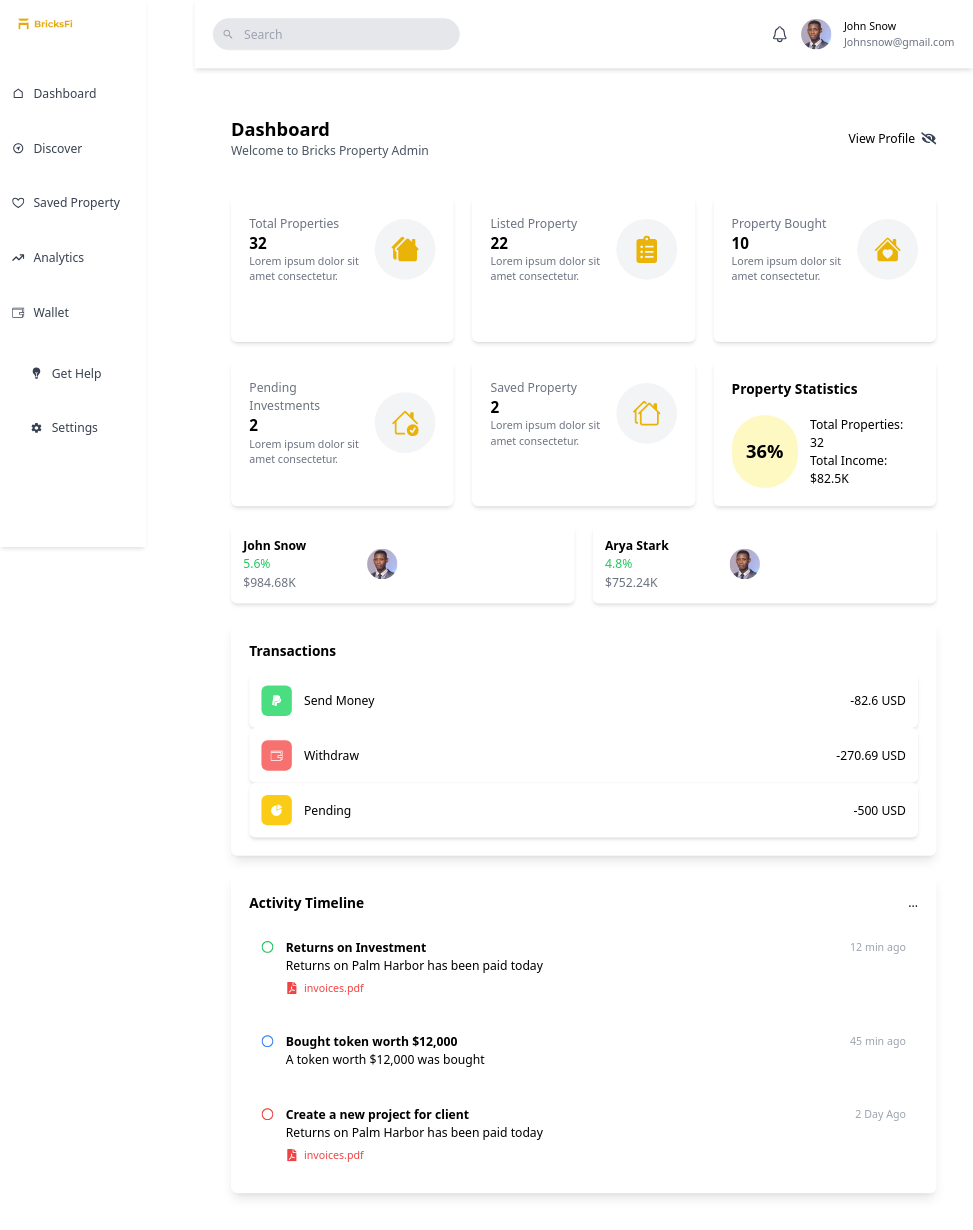
Repository: AyomideAkintade/BricksFi-Frontend
Page: /dashboard (app in client/)
These files come from the project's save history. The page is drawn as it stood at one moment and after the next save; the edit follows.
The browser window is 1280 px wide. The pictures show the whole page, at 76% of full size.
The page's requests for data from a server got no answer. The project was rebuilt for these pictures with package versions that can differ from the ones it lists, and the page was loaded fresh each time. No one was signed in, and anything a server would have sent is missing. Also part of the build but not shown: client/src/components/navbar.jsx, client/src/components/home.jsx, client/src/components/homeSecond.jsx, client/src/components/homeThird.jsx, client/src/components/homeFifth.jsx, client/src/components/homeSixth.jsx, client/src/components/homeSeventh.jsx, client/src/api/base.js and 11 more.

Above is the page before, as saved 2024-10-04 23:06:08.

### client/src/index.css
@import "tailwindcss/base";
@import "tailwindcss/components";
@import "tailwindcss/utilities";


@font-face {
  font-family: Poppins;
  src: url(/src/assets/fonts/Poppins-Regular.ttf) format("truetype"), url(/src/assets/fonts/Poppins-Bold.ttf) format("truetype"), url(/src/assets/fonts/Poppins-Medium.ttf) format("truetype");

}

### client/src/App.js
import { BrowserRouter as Router, Route, Routes } from "react-router-dom";
import Home from "./pages/homePage";
import HomeFourth from "./components/login.jsx";
import HomeEight from "./components/signup.jsx";
import ForgotPasswordPage from "./components/forgotPassword.jsx";
import DashboardLayout from "./pages/dashboardLayout";
import DashboardPage from "./pages/dashboard.jsx";
import PieAnalytics from "./components/analytics.jsx";
import Discover from "./components/discover.jsx";
import SavedPropertyPage from "./components/savedProperties.jsx";
import { ToastContainer } from "react-toastify";
import 'react-toastify/dist/ReactToastify.css';
import { useEffect, useState } from "react";
import { BrCookies } from "./utils/storage/cookies.js";
// import DiscoverPage from "./pages/discover.jsx";
// import SavedPropertyPage from "./pages/savedProperty.jsx";

function App() {

  const [ loggedIn, setLoggedIn ] = useState(false);
  const [ isLoading, setLoading ] = useState(true);

  useEffect(()=>{
    const ck = new BrCookies(document);
    ck.getCookie('authToken')
      .then((value) => {
        setLoggedIn(true);
        setLoading(false);
      })
      .catch((e) => {
        setLoading(false);
        // this.setState({ isLoading: false }); // Set loading to false even if there is an error
      });
  }, [])
  if (isLoading) {
    return <div></div>;
  }

  return (
    <div>
      <ToastContainer limit={5} />
      {loggedIn ?
      <Router>
        <Routes>
          <Route path="*" element={<DashboardLayout />}>
            <Route index element={<DashboardPage />} />
          </Route>
          <Route path="/dashboard" element={<DashboardLayout />}>
            <Route index element={<DashboardPage />} />
            <Route path="discover" element={<Discover/>} />
            <Route path="saved-property" element={<SavedPropertyPage/>} />
            <Route path="analytics" element={<PieAnalytics />} />
          </Route>
        </Routes>
      </Router>
      :
      <Router>
        <Routes>
          {/* Public Routes */}
          <Route path="/" element={<Home />} />
          <Route path="/login" element={<HomeFourth />} />
          <Route path="/signup" element={<HomeEight />} />
          <Route path="/forgot-password" element={<ForgotPasswordPage />} />

          {/* Dashboard Routes with Sidebar and Header */}
          <Route path="/dashboard" element={<DashboardLayout />}>
            <Route index element={<DashboardPage />} />
            <Route path="discover" element={<Discover/>} />
            <Route path="saved-property" element={<SavedPropertyPage/>} />
            <Route path="analytics" element={<PieAnalytics />} />
          </Route>
        </Routes>
      </Router>
      }
    </div>
  );
}

export default App;

### client/src/pages/dashboardLayout.jsx
import React from 'react';
import Sidebar from '../components/sidebar';
import Header from '../components/header';
import { Outlet } from 'react-router-dom';

const DashboardLayout = () => {
  return (
    <div className="flex">
      {/* Sidebar */}
      <Sidebar />

      <div className="flex-1 ml-64">
        {/* Header */}
        <Header />

        <div className="p-6 pt-10">
          {/* Outlet will render the child routes here */}
          <Outlet />
        </div>
      </div>
    </div>
  );
};

export default DashboardLayout;

### client/src/pages/dashboard.jsx
import React from 'react';
import DashboardStats from '../components/statCard';
import TopInvestors from '../components/investorCard';
import Transactions from '../components/transaction';
import ActivityTimeline from '../components/activity';
import { FaEyeSlash } from 'react-icons/fa'; // Make sure to import the icon

const Dashboard = () => {
  return (
    <div className="flex flex-col">
      <div className="flex justify-between p-6">
        <div>
          <h2 className="text-2xl font-semibold">Dashboard</h2>
          <p className="text-gray-600">Welcome to Bricks Property Admin</p>
        </div>
        <div className="flex items-center space-x-2">
          <span>View Profile</span>
          <FaEyeSlash className="text-gray-700 text-xl" />
        </div>
      </div>
      <div className="p-6">
        {/* Dashboard Stats */}
        <DashboardStats />

        {/* Top Investors and Property Stats */}
        <div className=" mt-6">
          <TopInvestors />

        </div>

        {/* Transactions Section */}
        <div className="mt-6">
          <Transactions />
        </div>

        {/* Activity Timeline */}
        <div className="mt-6">
          <ActivityTimeline />
        </div>
      </div>
    </div>
  );
};

export default Dashboard;

### client/src/utils/storage/cookies.js

// eslint-disable-next-line no-unused-vars
class BrCookies {

    constructor(document) {
        this.document = document || (typeof document !== "undefined" ? document : null);
    }

    /**
     *
     * @param {Array<CookieData>} dataList
     */

    saveCookies(dataList){

        if (!Array.isArray(dataList)) {
            throw new Error("Data list must be an array.");
        }

        for (const data of dataList) {
            if (!(data instanceof CookieData)) {
                throw new Error("Invalid cookie data format.");
            }

            // save each cookie
            let cookieValue = `${data.name}=${data.value}; expires=${data.expiryDate.toUTCString()}; path=/`;

            // Set SameSite=None if running on localhost
            if (window.location.hostname !== 'localhost') {

                cookieValue += '; SameSite=Strict; Secure'
            }

            this.document.cookie = cookieValue;
        }
    }

    async getCookie(name) {
        return new Promise((resolve, reject) => {
          const cookies = this.document.cookie.split('; ');
          for (const cookie of cookies) {
            const [cookieName, cookieValue] = cookie.split('=');
            if (cookieName === name) {
              resolve(cookieValue);
              return;
            }
          }
          reject(new Error(`Cookie with name ${name} not found.`));
        });
    }

    removeCookie(name) {
        this.document.cookie = name + "=;Path=/;expires=Thu, 01 Jan 1970 00:00:00 GMT";
    }

    removeAllCookies() {
        const cookies = this.document.cookie.split(";");
        for (var i = 0; i < cookies.length; i++) {
            const cookie = cookies[i];
            const eqPos = cookie.indexOf("=");
            const name = eqPos > -1 ? cookie.substr(0, eqPos) : cookie;
            document.cookie = name + "=;Path=/;expires=Thu, 01 Jan 1970 00:00:00 GMT";
        }
    }
}


class CookieData {
    constructor(name, value, expiryDate) {

        if (typeof name !== "string" || typeof value !== "string" || !(expiryDate instanceof Date) || name.length === 0) {
            throw new Error("Invalid CookieData format.");
        }

        this.name = name;
        this.value = value;
        this.expiryDate = expiryDate;
    }
}

function createCookieDate(timeInSec) {

    const timeInDays = timeInSec / (3600 * 24);

    const currentDate = new Date();

    const futureDate = new Date();
    futureDate.setDate(currentDate.getDate() + timeInDays);


    return futureDate
}


export { BrCookies, CookieData, createCookieDate };

### client/src/components/sidebar.jsx
import React from 'react';
import { Link } from 'react-router-dom';
import { RiHomeLine } from "react-icons/ri";
import { RiCompassDiscoverLine } from "react-icons/ri";
import { GrFavorite } from "react-icons/gr";
import { FaArrowTrendUp } from "react-icons/fa6";
import { TfiWallet } from "react-icons/tfi";
import { IoBulbSharp } from "react-icons/io5";
import { IoMdSettings } from "react-icons/io";
import BricksFi from "../assets/bricksfi.svg"

const Sidebar = () => {
  return (
    <aside className="bg-white h-screen w-[15%] fixed left-0 top-0 shadow-md">
      <div className="p-6">
        <img
        src={BricksFi}
        alt='BricksFi'
        className='w-1/2'
        />
      </div>
      <nav className="mt-8">
        <ul className="space-y-4">
          <li className="p-4 hover:bg-yellow-100">
            <Link to="/dashboard" className="flex items-center text-gray-700">
              <RiHomeLine className="mr-3" /> Dashboard
            </Link>
          </li>
          <li className="p-4 hover:bg-yellow-100">
            <Link to="/dashboard/discover" className="flex items-center text-gray-700">
              <RiCompassDiscoverLine className="mr-3" /> Discover
            </Link>
          </li>
          <li className="p-4 hover:bg-yellow-100">
            <Link to="/dashboard/saved-property" className="flex items-center text-gray-700">
              <GrFavorite className="mr-3" /> Saved Property
            </Link>
          </li>
          <li className="p-4 hover:bg-yellow-100">
            <Link to="/dashboard/analytics" className="flex items-center text-gray-700">
              <FaArrowTrendUp className="mr-3" /> Analytics
            </Link>
          </li>
          <li className="p-4 hover:bg-yellow-100">
            <Link to="/dashboard/wallet" className="flex items-center text-gray-700">
              <TfiWallet className="mr-3" /> Wallet
            </Link>
          </li>
        </ul>
      </nav>
      <div className="mt-auto p-6">
        <ul className="space-y-4">
          <li className="p-4 hover:bg-yellow-100">
            <Link to="/" className="flex items-center text-gray-700">
              <IoBulbSharp className="mr-3" /> Get Help
            </Link>
          </li>
          <li className="p-4 hover:bg-yellow-100">
            <Link to="/" className="flex items-center text-gray-700">
              <IoMdSettings className="mr-3" /> Settings
            </Link>
          </li>
        </ul>
      </div>
    </aside>
  );
};

export default Sidebar;

### client/src/components/header.jsx
import React from 'react';
import COCO from "../assets/clem.jpeg"
import { IoMdSearch } from "react-icons/io";
import { IoNotificationsOutline } from "react-icons/io5";

const Header = () => {
  return (
    <div className="w-full flex justify-between items-center p-6 bg-white shadow-md sticky top-0 z-50">
      <div className="relative w-1/3">
        <input
          type="text"
          placeholder="Search"
          className="p-2 pl-10 w-full border rounded-full bg-gray-200 text-black focus:outline-none"
        />
        <IoMdSearch className="absolute left-3 top-1/2 transform -translate-y-1/2 text-gray-400" />
      </div>
      <div className="flex items-center space-x-4">
        <IoNotificationsOutline className="text-gray-700 text-2xl" />
        <img
          src={COCO}
          alt="profile"
          className="rounded-full h-10 w-10"
        />
        <div className="">
          <span className="block text-sm font-medium">John Snow</span>
          <span className="block text-sm text-gray-500">Johnsnow@gmail.com</span>
        </div>
      </div>
    </div>
  );
};

export default Header;

### client/src/components/statCard.jsx
import { BsFillHousesFill, BsHouseCheck, BsFillHouseHeartFill, BsHouses } from "react-icons/bs";
import { FaClipboardList } from "react-icons/fa";
import PropertyStatistics from '../components/propertyStatistic';


const StatCard = ({ title, value, icon, paragraph }) => {
    return (
        <div className="bg-white shadow-md rounded-lg p-6 h-48 flex flex-col justify-between">
            <div className="flex items-center space-x-4">
                <div className="flex-1">
                    <h3 className="text-gray-500">{title}</h3>
                    <h2 className="text-xl font-semibold">{value}</h2>
                    <p className="text-md text-gray-500 text-sm">{paragraph}</p>
                </div>
                <div className="flex items-center justify-center w-20 h-20 bg-gray-100 rounded-full text-yellow-500 text-4xl">
                    {icon}
                </div>
            </div>
        </div>
    );
};


const DashboardStats = () => {
    return (
        <div className="grid grid-cols-1 md:grid-cols-3 gap-6">
            <StatCard
                title="Total Properties"
                value="32"
                paragraph="Lorem ipsum dolor sit amet consectetur."
                icon={<BsFillHousesFill />}
            />
            <StatCard
                title="Listed Property"
                value="22"
                paragraph="Lorem ipsum dolor sit amet consectetur."
                icon={<FaClipboardList />}
            />
            <StatCard
                title="Property Bought"
                value="10"
                paragraph="Lorem ipsum dolor sit amet consectetur."
                icon={<BsFillHouseHeartFill />}
            />
            <StatCard
                title="Pending Investments"
                value="2"
                paragraph="Lorem ipsum dolor sit amet consectetur."
                icon={<BsHouseCheck />}
            />
             <StatCard
                title="Saved Property"
                value="2"
                paragraph="Lorem ipsum dolor sit amet consectetur."
                icon={<BsHouses />}
            />


                <PropertyStatistics />

        </div>
    );
};

export default DashboardStats;

### client/src/components/investorCard.jsx
import Clem from "../assets/clem.jpeg";


const InvestorCard = ({ name, investment, profit }) => {
    return (
      <div className="flex items-center p-4 bg-white shadow-md rounded-lg">

        <div>
          <h3 className="font-semibold">{name}</h3>
          <p className="text-green-500"> {profit}</p>
          <p className="text-gray-500"> {investment}</p>
        </div>

        <img
          src={Clem}
          alt={name}
          className="rounded-full h-10 w-10 ml-20"
        />
      </div>
    );
  };

  const TopInvestors = () => {
    return (
      <>
        {/* <h2 className="text-lg font-semibold mb-4">Top Investors</h2> */}
        <div className="grid grid-cols-1 md:grid-cols-2 gap-6">
          <InvestorCard name="John Snow" investment="$984.68K" profit="5.6%" />
          <InvestorCard name="Arya Stark" investment="$752.24K" profit="4.8%" />
        </div>
      </>
    );
  };

  export default TopInvestors;

### client/src/components/transaction.jsx
import { FaPaypal } from "react-icons/fa6";
import { TfiWallet } from "react-icons/tfi";
import { GiPieChart } from "react-icons/gi";

const TransactionItem = ({ icon, description, amount, bgColor }) => {
    return (
        <div className="flex justify-between items-center p-4 bg-white shadow-md rounded-lg">
            {/* Icon and Description in a row */}
            <div className="flex items-center space-x-4">
                {/* Icon with dynamic background and rounded shape */}
                <div className={`p-3 ${bgColor} rounded-lg text-white`}>
                    {icon}
                </div>
                <span>{description}</span>
            </div>

            {/* Amount */}
            <div>
                <span>{amount}</span>
            </div>
        </div>
    );
};

const Transactions = () => {
    return (
        <div className="bg-white p-6 shadow-lg rounded-lg">
            <h2 className="text-lg font-semibold mb-4">Transactions</h2>
            {/* Different background colors for each transaction */}
            <TransactionItem
                icon={<FaPaypal />}
                description="Send Money"
                amount="-82.6 USD"
                bgColor="bg-green-400"  // Green background
            />
            <TransactionItem
                icon={<TfiWallet />}
                description="Withdraw"
                amount="-270.69 USD"
                bgColor="bg-red-400"    // Red background
            />
            <TransactionItem
                icon={<GiPieChart />}
                description="Pending"
                amount="-500 USD"
                bgColor="bg-yellow-400" // Yellow background
            />
        </div>
    );
};

export default Transactions;

### client/src/components/activity.jsx
import React from 'react';
import { FaRegCircle, FaFilePdf } from 'react-icons/fa'; // Import necessary icons

const ActivityItem = ({ title, description, time, file, color }) => {
    return (
        <div className="flex items-start space-x-4 p-4">
            <div className="mt-1">
                {/* The color prop determines the icon color */}
                <FaRegCircle className={`${color}`} />
            </div>
            <div className="flex-1">
                <div className="flex justify-between items-center">
                    <h4 className="font-semibold">{title}</h4>
                    <span className="text-gray-400 text-sm">{time}</span>
                </div>
                <p>{description}</p>
                {file && (
                    <div className="flex items-center mt-2 text-red-500">
                        <FaFilePdf />
                        <span className="ml-2 text-sm">{file}</span>
                    </div>
                )}
            </div>
        </div>
    );
};

const ActivityTimeline = () => {
    return (
        <div className="bg-white p-6 shadow-lg rounded-lg">
            <div className="flex justify-between items-center mb-4">
                <h2 className="text-lg font-semibold">Activity Timeline</h2>
                <div>...</div>
            </div>
            <div className="space-y-4">
                <ActivityItem
                    title="Returns on Investment"
                    description="Returns on Palm Harbor has been paid today"
                    time="12 min ago"
                    file="invoices.pdf"
                    // Blue icon
                    color="text-green-500"
                />
                <ActivityItem
                    title="Bought token worth $12,000"
                    description="A token worth $12,000 was bought"
                    time="45 min ago"
                    color="text-blue-500" // Green icon
                />
                <ActivityItem
                    title="Create a new project for client"
                    description="Returns on Palm Harbor has been paid today"
                    time="2 Day Ago"
                    file="invoices.pdf"
                    color="text-red-500" // Red icon
                />
            </div>
        </div>
    );
};

export default ActivityTimeline;

### client/src/components/propertyStatistic.jsx
import React from 'react';

const PropertyStatistics = () => {
    return (
        <div className="bg-white shadow-md rounded-lg p-6 flex flex-col justify-between">
            <h2 className="text-lg font-semibold mb-4">Property Statistics</h2>
            <div className="flex items-center space-x-4">
                {/* Property Stats Circle Graph */}
                <div className="w-24 h-24 bg-yellow-100 rounded-full flex items-center justify-center">
                    <span className="text-2xl font-bold">36%</span>
                </div>
                <div>
                    <p>Total Properties: 32</p>
                    <p>Total Income: $82.5K</p>
                </div>
            </div>
        </div>
    );
};

export default PropertyStatistics;

### client/tailwind.config.js
/** @type {import('tailwindcss').Config} */
module.exports = {
  content: ["./src/**/*.{html,js,jsx}"],
  theme: {
    extend: {
      fontFamily: {
        Poppins: ['Poppins'],
      }
    },
    screens: {
      sm: '640px',
      // => @media (min-width: 640px) { ... }

      md: '768px',
      // => @media (min-width: 768px) { ... }

      lg: '1024px',
      // => @media (min-width: 1024px) { ... }

      xl: '1280px',
      // => @media (min-width: 1280px) { ... }

      '2xl': '1536px',
      // => @media (min-width: 1536px) { ... }
      'custombp': {'raw': '(min-height: 375px),(min-width:768px)'}
    },
  },
  plugins: [],
}

Loaded but not shown: client/public/index.html (common file); client/src/index.js (common file); client/src/reportWebVitals.js (common file)

After the next save:
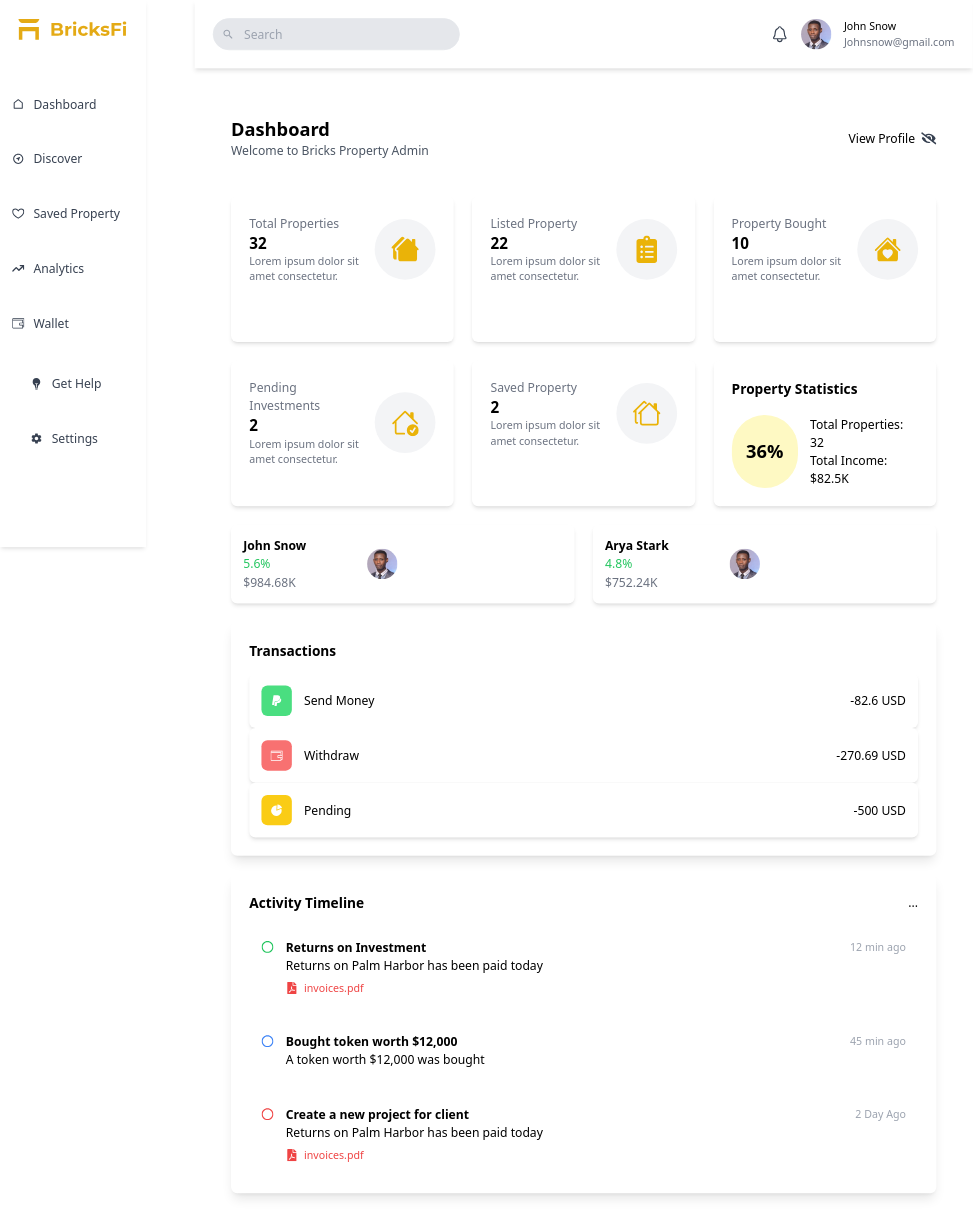
Saved 4 s later.
--- a/client/src/components/sidebar.jsx
+++ b/client/src/components/sidebar.jsx
@@ -16,7 +16,7 @@ const Sidebar = () => {
         <img
         src={BricksFi}
         alt='BricksFi'
-        className='w-1/2'
+        className='w-full'
         />
       </div>
       <nav className="mt-8">
